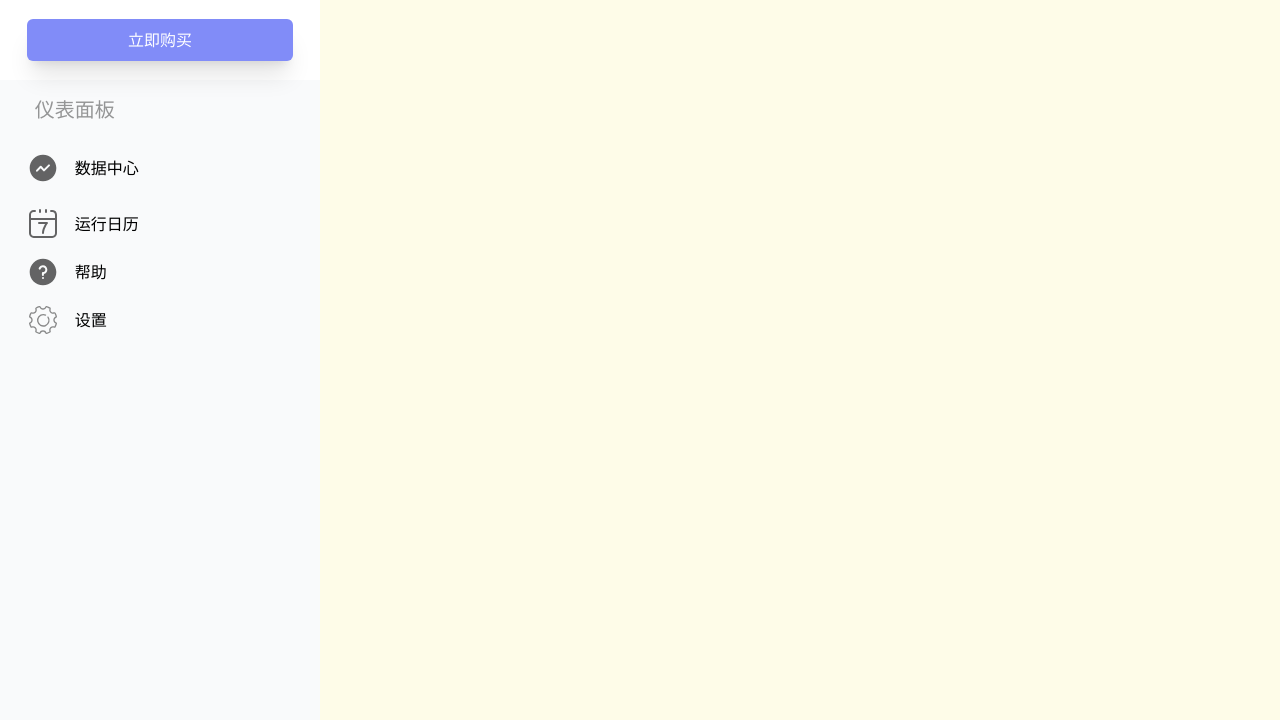
Repository: LiuRuohui/useWater
Page: /
An editor plug-in stored every save of this project. The page is shown before and after the next save, followed by the edit.
The browser window is 1280 px wide. The pictures show the whole page.
The project was rebuilt for these pictures with package versions that can differ from the ones it lists, and the page was loaded fresh each time. Also part of the build but not shown: vite.config.js.

Above is the page before, as saved 2022-04-06 09:19:31.

### src/App.vue
<script setup>
import HelloWorld1 from './components/HelloWorld.vue';
</script>

<template>
  <HelloWorld1></HelloWorld1>
</template>

<style>
</style>

### src/index.css
@tailwind base;
@tailwind components;
.inputFrame {
    @apply appearance-none rounded-none relative block w-full px-3 py-2 border border-gray-300 placeholder-gray-500 text-gray-900
}

.inputFrame:focus {
    @apply outline-none border-indigo-500 z-10 inline-block px-5 py-3 rounded-lg shadow-lg
}

.btn {
    @apply relative flex w-full justify-center py-2 border border-transparent font-medium rounded-md text-white bg-indigo-400
}

.btn:hover {
    @apply bg-indigo-500
}

.btn:focus {
    @apply outline-none ring-2 ring-offset-2 ring-indigo-400
}

@tailwind utilities;

### src/components/HelloWorld.vue
<script setup>

</script>

<template>
<div class="w-full h-screen flex flex-row">
  <div class="w-1/4 h-screen justify-center items-center flex flex-col">
    <div class="w-full h-20 justify-center items-center flex">
        <div class="w-5/6">
            <button class="btn text-white justify-center items-center shadow-xl">立即购买</button>
        </div>
    </div>
    <div class="w-full flex flex-grow bg-gray-50 justify-center">
        <div class="w-5/6 pt-4 flex flex-col">
            <div class="h-8 text-xl opacity-40 pl-2">仪表面板</div>
            <div class="mt-4 flex flex-grow flex-col">
                <div class="flex flex-col my-2">
                    <div class="flex flex-row">
                      <img src="../assets/数据.svg" alt="" class="h-8 opacity-60">
                      <div class="pl-4 pt-1">数据中心</div>
                    </div>
                    <div class="mt-2 flex flex-col">

                    </div>
                </div>
                <div class="flex flex-row my-2">
                  <img src="../assets/日历.svg" alt="" class="h-8 opacity-60">
                  <div class="pl-4 pt-1">运行日历</div>
                </div>
                <div class="flex flex-row my-2">
                  <img src="../assets/帮助.svg" alt="" class="h-8 opacity-60">
                  <div class="pl-4 pt-1">帮助</div>
                </div>
                <div class="flex flex-row my-2">
                  <img src="../assets/设置.svg" alt="" class="h-8 opacity-60">
                  <div class="pl-4 pt-1">设置</div>
                </div>
            </div>
        </div>
    </div>
  </div>
  <div class="flex flex-grow bg-yellow-50">

  </div>
</div>
</template>

<style scoped>

</style>

### tailwind.config.js
module.exports = {
    content: [
        "./index.html",
        "./src/**/*.{vue,js,ts,jsx,tsx}",
    ],
    theme: {
        extend: {},
    },
    variants: {
        backgroundColor: ['responsive', 'hover', 'focus', 'active']
    },
    plugins: [],
}

Loaded but not shown: index.html (common file); src/main.js (common file)

After the next save:
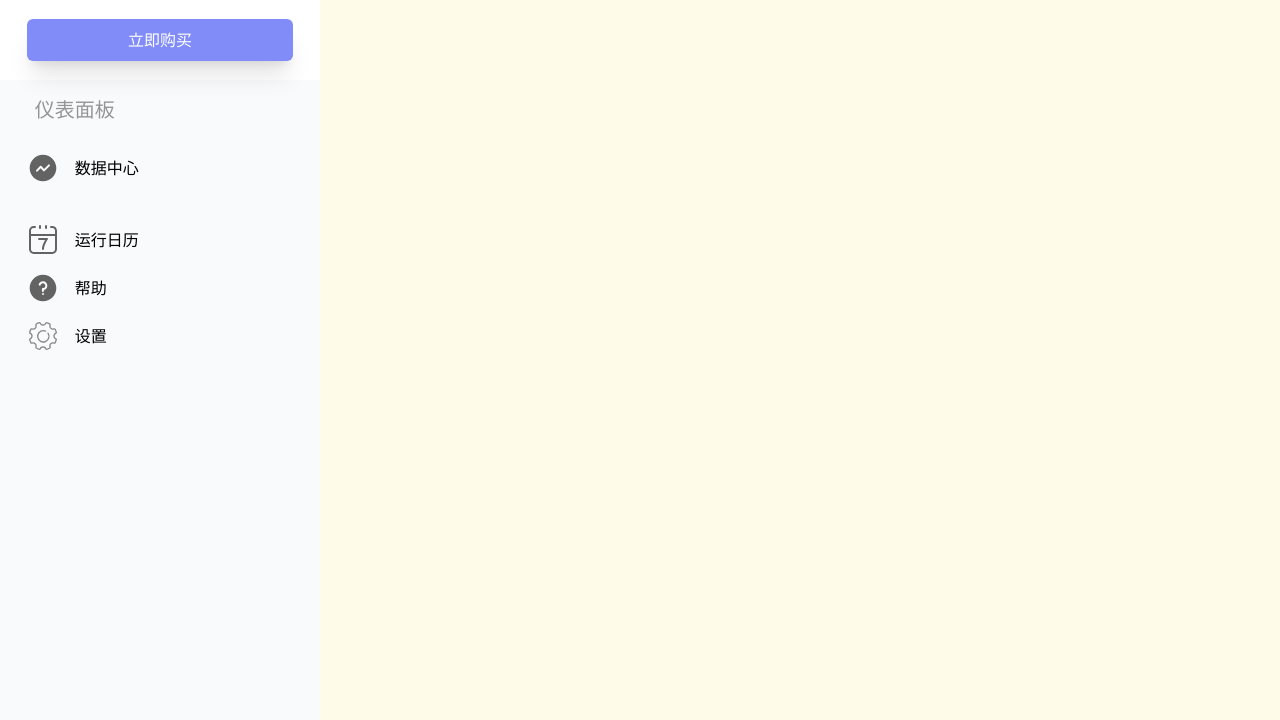
Saved 13 s later.
--- a/src/components/HelloWorld.vue
+++ b/src/components/HelloWorld.vue
@@ -20,7 +20,7 @@
                       <div class="pl-4 pt-1">数据中心</div>
                     </div>
                     <div class="mt-2 flex flex-col">
-
+                        <div class="py-2"></div>
                     </div>
                 </div>
                 <div class="flex flex-row my-2">
